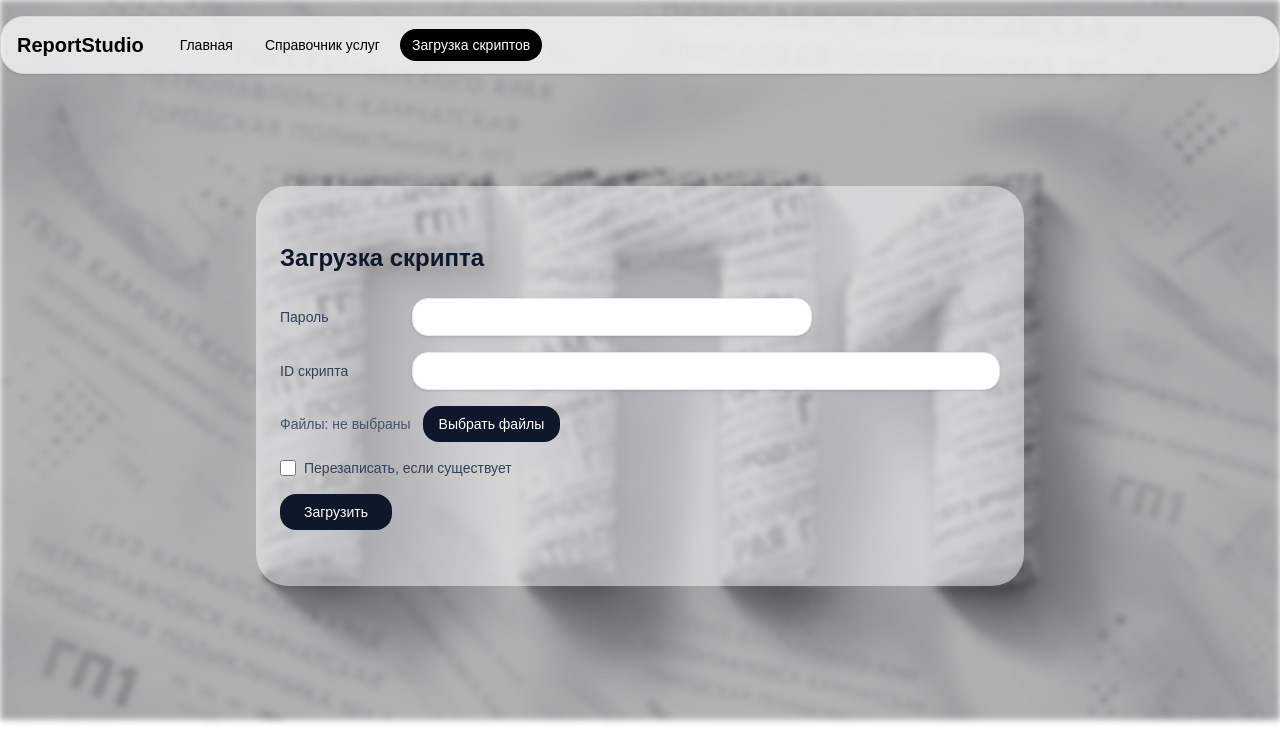
Repository: vladzap2423/report_studio_v2
Page: /load
These files come from the project's save history. The page is drawn as it stood at one moment and after the next save; the edit follows.
The browser window is 1280 px wide. The pictures show the whole page.
The project was rebuilt for these pictures with package versions that can differ from the ones it lists, and the page was loaded fresh each time. The framework's server and built-in components were replaced by stand-ins that run in the browser. Also part of the build but not shown: next.config.ts.

Above is the page before, as saved 2026-03-17 15:25:30.

### src/app/layout.tsx
import type { Metadata } from "next";
import { Geist, Geist_Mono } from "next/font/google";
import "./globals.css";
import Header from "./components/Header";

const geistSans = Geist({
  variable: "--font-geist-sans",
  subsets: ["latin"],
});

const geistMono = Geist_Mono({
  variable: "--font-geist-mono",
  subsets: ["latin"],
});

export const metadata: Metadata = {
  title: "Create Next App",
  description: "Generated by create next app",
};

export default function RootLayout({
  children,
}: Readonly<{
  children: React.ReactNode;
}>) {
  return (
    <html lang="en">
      <body
        className={`${geistSans.variable} ${geistMono.variable} antialiased`}
      >
        <Header

          title="ReportStudio"
          links={[
            { label: "Главная", href: "/" },
            { label: "Справочник услуг", href: "/services" },
            { label:"Загрузка скриптов", href: "/load"}
          ]}
        />
        {children}
      </body>
    </html>
  );
}

### src/app/load/page.tsx
"use client";

import { useState, useRef, useCallback } from "react";

export default function LoadPage() {
  const [password, setPassword] = useState("");
  const [id, setId] = useState("");
  const [files, setFiles] = useState<File[]>([]);
  const [overwrite, setOverwrite] = useState(false);
  const [error, setError] = useState<string | null>(null);
  const [success, setSuccess] = useState<string | null>(null);
  const [loading, setLoading] = useState(false);

  const inputRef = useRef<HTMLInputElement | null>(null);

  const onPickClick = useCallback(() => {
    inputRef.current?.click();
  }, []);

  const handlePicked = useCallback((picked: File[]) => {
    setFiles(picked);
  }, []);

  const uploadScripts = useCallback(async () => {
    setError(null);
    setSuccess(null);

    if (!files.length) return setError("Выберите файлы скрипта.");
    if (!id.trim()) return setError("Укажите ID скрипта.");
    if (password !== "Zx44tfW") return setError("Неверный пароль.");

    setLoading(true);
    try {
      const fd = new FormData();
      fd.append("scriptId", id.trim());
      fd.append("password", password);
      if (overwrite) fd.append("overwrite", "1");
      for (const f of files) fd.append("files", f, (f as any).webkitRelativePath || f.name);

      const res = await fetch("/api/scripts/upload", { method: "POST", body: fd });
      if (!res.ok) throw new Error(`HTTP ${res.status}`);

      setSuccess("Скрипт загружен.");
      setFiles([]);
      setId("");
      setPassword("");
      if (inputRef.current) inputRef.current.value = "";
    } catch {
      setError("Не удалось загрузить скрипт.");
    } finally {
      setLoading(false);
    }
  }, [files, id, password, overwrite]);

  return (
      <div className="mx-auto max-w-3xl px-6 py-14 bg-gray-50/50 rounded-4xl mt-28">
        <h1 className="text-2xl font-semibold text-slate-900 mb-6">Загрузка скрипта</h1>

        <div className="grid gap-3 sm:grid-cols-[120px_1fr] sm:items-center mb-4">
          <label className="text-sm font-medium text-slate-700">Пароль</label>
          <input
            type="password"
            value={password}
            onChange={(e) => setPassword(e.target.value)}
            className="w-100 rounded-2xl border border-slate-200 bg-white px-4 py-2 text-sm text-slate-900 shadow-sm focus:outline-none focus:ring-4 focus:ring-slate-200"
          />
        </div>

        <div className="grid gap-3 sm:grid-cols-[120px_1fr] sm:items-center mb-4">
          <label className="text-sm font-medium text-slate-700">ID скрипта</label>
          <input
            type="text"
            value={id}
            onChange={(e) => setId(e.target.value)}
            className="w-full rounded-2xl border border-slate-200 bg-white px-4 py-2 text-sm text-slate-900 shadow-sm focus:outline-none focus:ring-4 focus:ring-slate-200"
          />
        </div>

        <div className="flex flex-wrap items-center gap-3 mb-4 text-sm text-slate-600">
          <div>Файлы: {files.length ? `${files.length} шт.` : "не выбраны"}</div>
          <button
            type="button"
            onClick={onPickClick}
            className="rounded-2xl bg-slate-900 px-4 py-2 text-white hover:bg-slate-800"
          >
            Выбрать файлы
          </button>
          <input
            ref={inputRef}
            type="file"
            multiple
            className="hidden"
            onChange={(e) => {
              const picked = Array.from(e.target.files || []);
              if (!picked.length) return;
              handlePicked(picked);
            }}
            {...({ webkitdirectory: "true"} as any)}
          />
        </div>

        <div className="flex items-center gap-2 mb-4">
          <input
            type="checkbox"
            checked={overwrite}
            onChange={(e) => setOverwrite(e.target.checked)}
            id="overwrite"
            className="w-4 h-4 rounded border-slate-300 text-slate-900 focus:ring-slate-200"
          />
          <label htmlFor="overwrite" className="text-sm text-slate-700">Перезаписать, если существует</label>
        </div>

        {error && <div className="mb-4 rounded-2xl border border-rose-200 bg-rose-50 px-4 py-3 text-sm text-rose-700">{error}</div>}
        {success && <div className="mb-4 rounded-2xl border border-emerald-200 bg-emerald-50 px-4 py-3 text-sm text-emerald-700">{success}</div>}

        <button
          type="button"
          onClick={uploadScripts}
          disabled={loading}
          className="rounded-2xl bg-slate-900 px-6 py-2 text-white text-sm font-medium hover:bg-emerald-600 disabled:opacity-50"
        >
          {loading ? "Загрузка..." : "Загрузить"}
        </button>
      </div>
  );
}

### src/app/globals.css
@import "tailwindcss";

:root {
  --background: #ffffff;
  --foreground: #171717;
  color-scheme: light;
}

@theme inline {
  --color-background: var(--background);
  --color-foreground: var(--foreground);
  --font-sans: var(--font-geist-sans);
  --font-mono: var(--font-geist-mono);
}

body {
  background: var(--background);
  color: var(--foreground);
  font-family: Arial, Helvetica, sans-serif;
  position: relative; /* важно для ::before */
  min-height: 100vh;
}

body::before {
  content: "";
  position: fixed;
  top: 0;
  left: 0;
  width: 100%;
  height: 100%;
  background-image: url("/fon.png");
  background-size: cover;
  background-position: center;
  background-repeat: no-repeat;
  filter: blur(3px) brightness(0.7);
  z-index: -1; /* чтобы контент был поверх фона */
}

### src/app/components/Header.tsx
"use client";

import React from "react";
import Link from "next/link";
import { usePathname } from "next/navigation";

type HeaderProps = {
  title?: string;
  links?: { label: string; href: string }[];
};

const Header: React.FC<HeaderProps> = ({ title = "ReportStudio", links = [] }) => {
  const pathname = usePathname();

  return (
    <header className="w-full flex justify-center mt-4">
      <div className="w-full max-w-7xl px-4 py-3 flex items-center space-x-6 bg-white/70 border border-gray-300 rounded-3xl shadow-sm">

        {/* Название */}
        <div className="text-xl font-semibold text-black">
          {title}
        </div>

        {/* Меню */}
        <nav className="flex space-x-2">
          {links.map((link) => {
            const isActive = pathname === link.href;

            return (
              <Link
                key={link.href}
                href={link.href}
                className={`px-3 py-1.5 rounded-3xl text-sm transition-colors ${
                  isActive
                    ? "bg-black text-white"
                    : "text-black hover:bg-gray-100"
                }`}
              >
                {link.label}
              </Link>
            );
          })}
        </nav>

      </div>
    </header>
  );
};

export default Header;

After the next save:
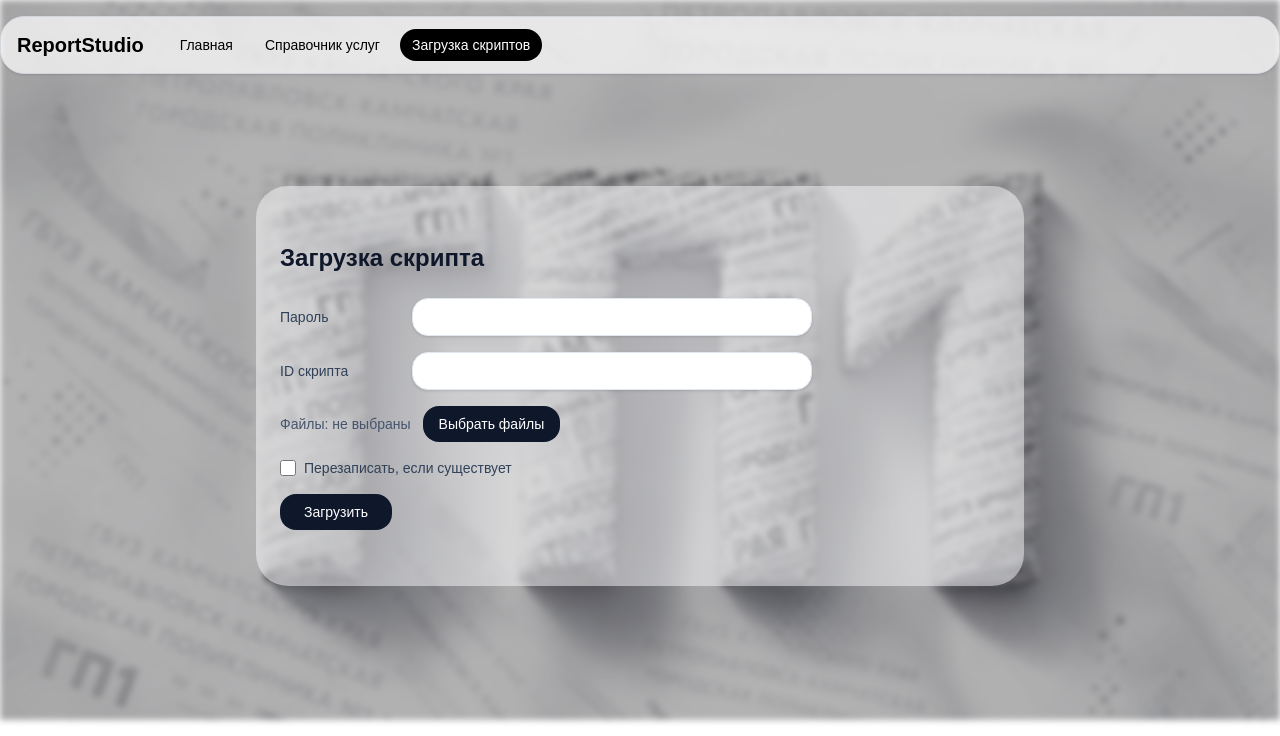
Saved 8 s later.
--- a/src/app/load/page.tsx
+++ b/src/app/load/page.tsx
@@ -72,7 +72,7 @@ export default function LoadPage() {
             type="text"
             value={id}
             onChange={(e) => setId(e.target.value)}
-            className="w-full rounded-2xl border border-slate-200 bg-white px-4 py-2 text-sm text-slate-900 shadow-sm focus:outline-none focus:ring-4 focus:ring-slate-200"
+            className="w-100 rounded-2xl border border-slate-200 bg-white px-4 py-2 text-sm text-slate-900 shadow-sm focus:outline-none focus:ring-4 focus:ring-slate-200"
           />
         </div>
 
